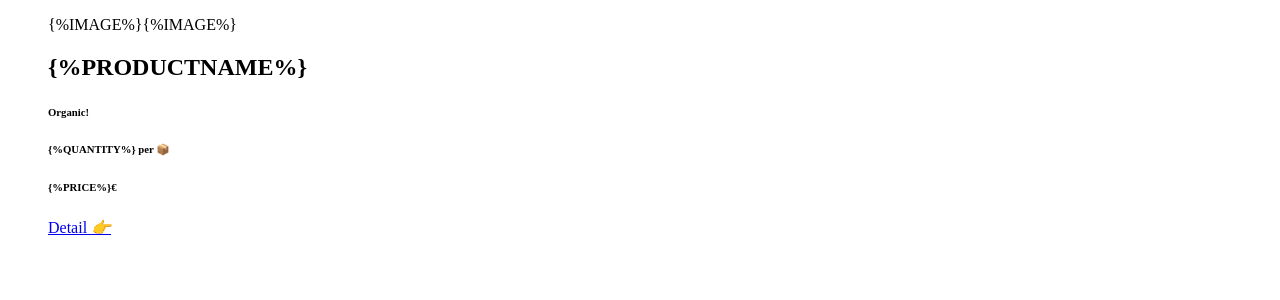
Repository: 13-Joban/Node_Farm_Backend
Page: templates/template-card.html
An editor plug-in stored every save of this project. The page is shown before and after a run of saves, followed by the edit.
The browser window is 1280 px wide. The pictures show the whole page.

Above is the page before, as saved 2022-07-17 09:33:32.

After the next 2 saves:
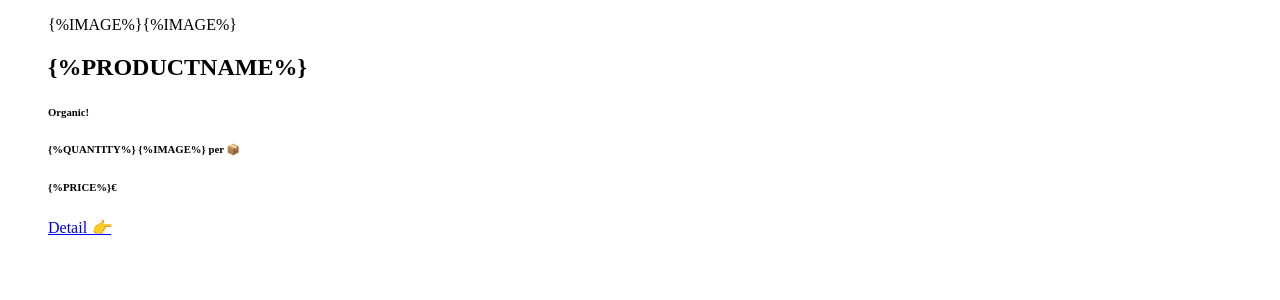
The 2 saves are shown as one change because they came seconds apart.
The last was saved 8 s later.
--- a/templates/template-card.html
+++ b/templates/template-card.html
@@ -11,7 +11,7 @@
       </div>
 
       <div class="card__detail-box">
-        <h6 class="card__detail">{%QUANTITY%} per 📦 </h6>
+        <h6 class="card__detail">{%QUANTITY%} {%IMAGE%} per 📦 </h6>
       </div>
 
       <div class="card__detail-box">

After the save that followed:
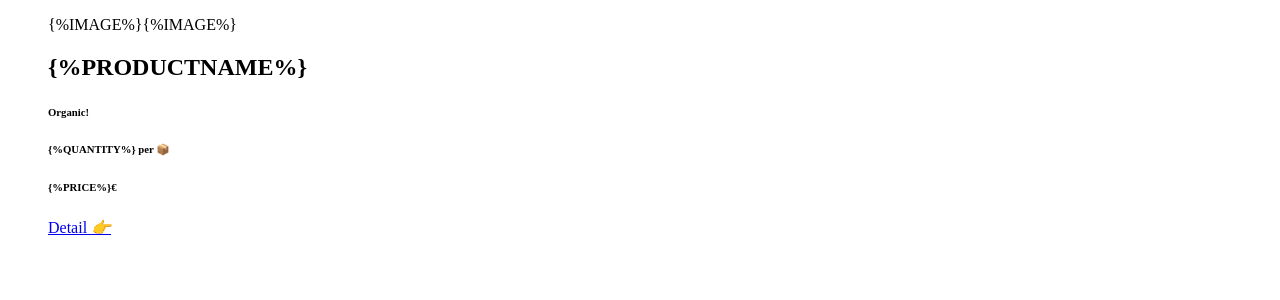
Saved 44 s later.
--- a/templates/template-card.html
+++ b/templates/template-card.html
@@ -11,7 +11,7 @@
       </div>
 
       <div class="card__detail-box">
-        <h6 class="card__detail">{%QUANTITY%} {%IMAGE%} per 📦 </h6>
+        <h6 class="card__detail">{%QUANTITY%} per 📦 </h6>
       </div>
 
       <div class="card__detail-box">
